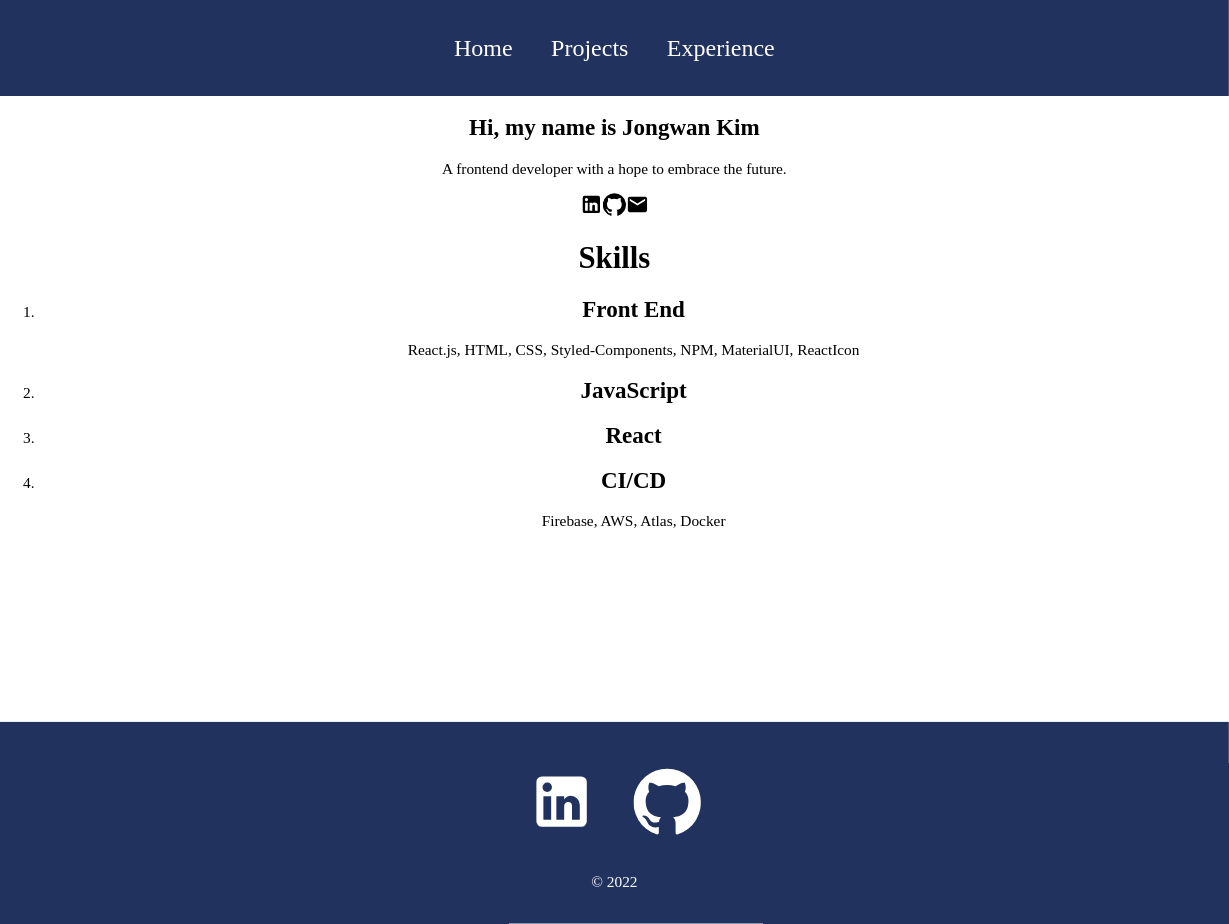
Repository: mireu-san/jw-personal-page
Page: /
These files come from the project's save history. The page is drawn as it stood at one moment and after the next save; the edit follows.
The browser window is 1280 px wide. The pictures show the whole page, at 96% of full size.
The project was rebuilt for these pictures with package versions that can differ from the ones it lists, and the page was loaded fresh each time. Also part of the build but not shown: src/pages/Experience.js, src/pages/Projects.js.

Above is the page before, as saved 2022-11-09 17:16:51.

After the next save:
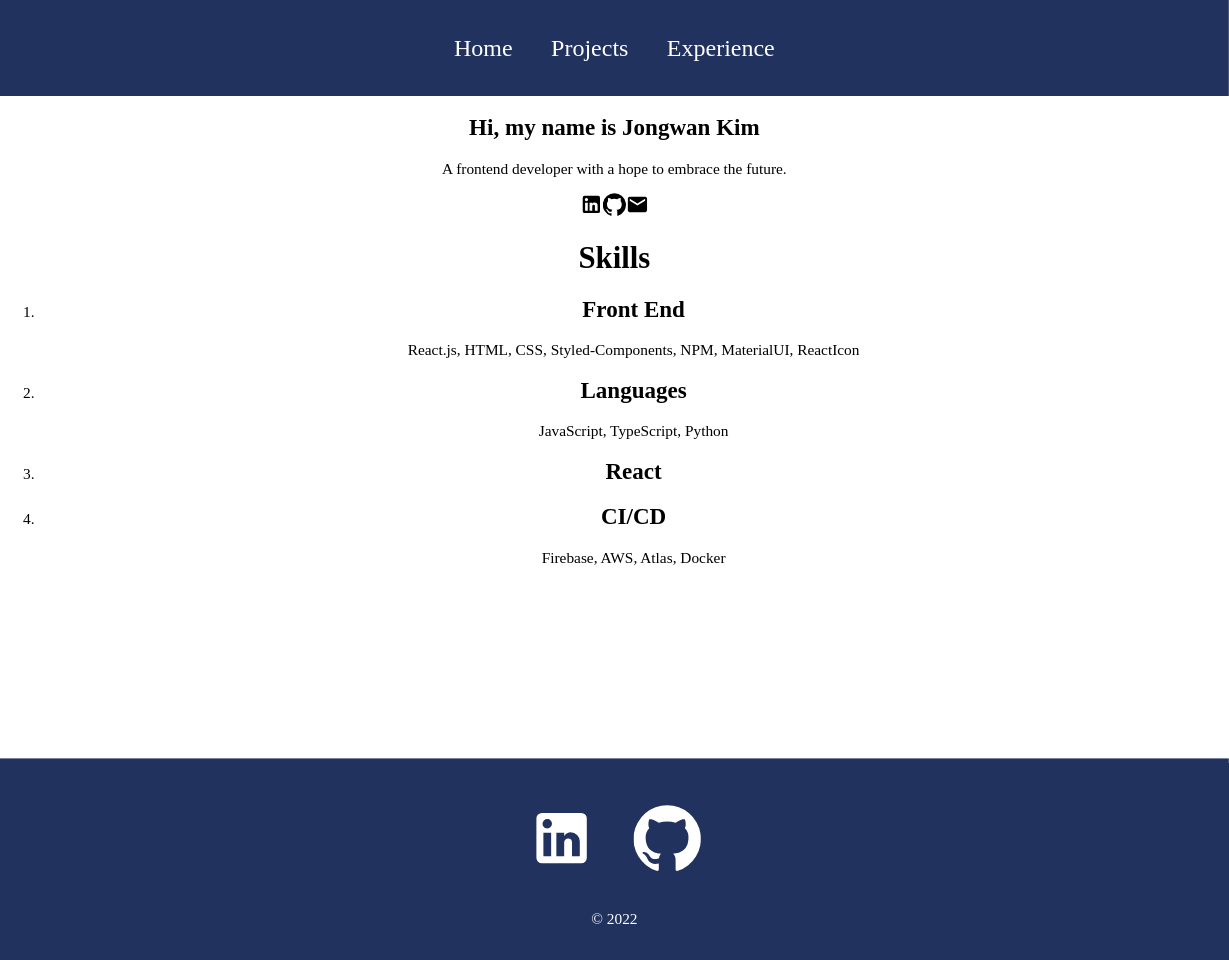
Saved 26 s later.
--- a/src/pages/Home.js
+++ b/src/pages/Home.js
@@ -26,8 +26,8 @@ function Home() {
             </span>
           </li>
           <li className="item">
-            <h2>JavaScript</h2>
-            <span> </span>
+            <h2>Languages</h2>
+            <span>JavaScript, TypeScript, Python</span>
           </li>
           <li className="item">
             <h2>React</h2>
